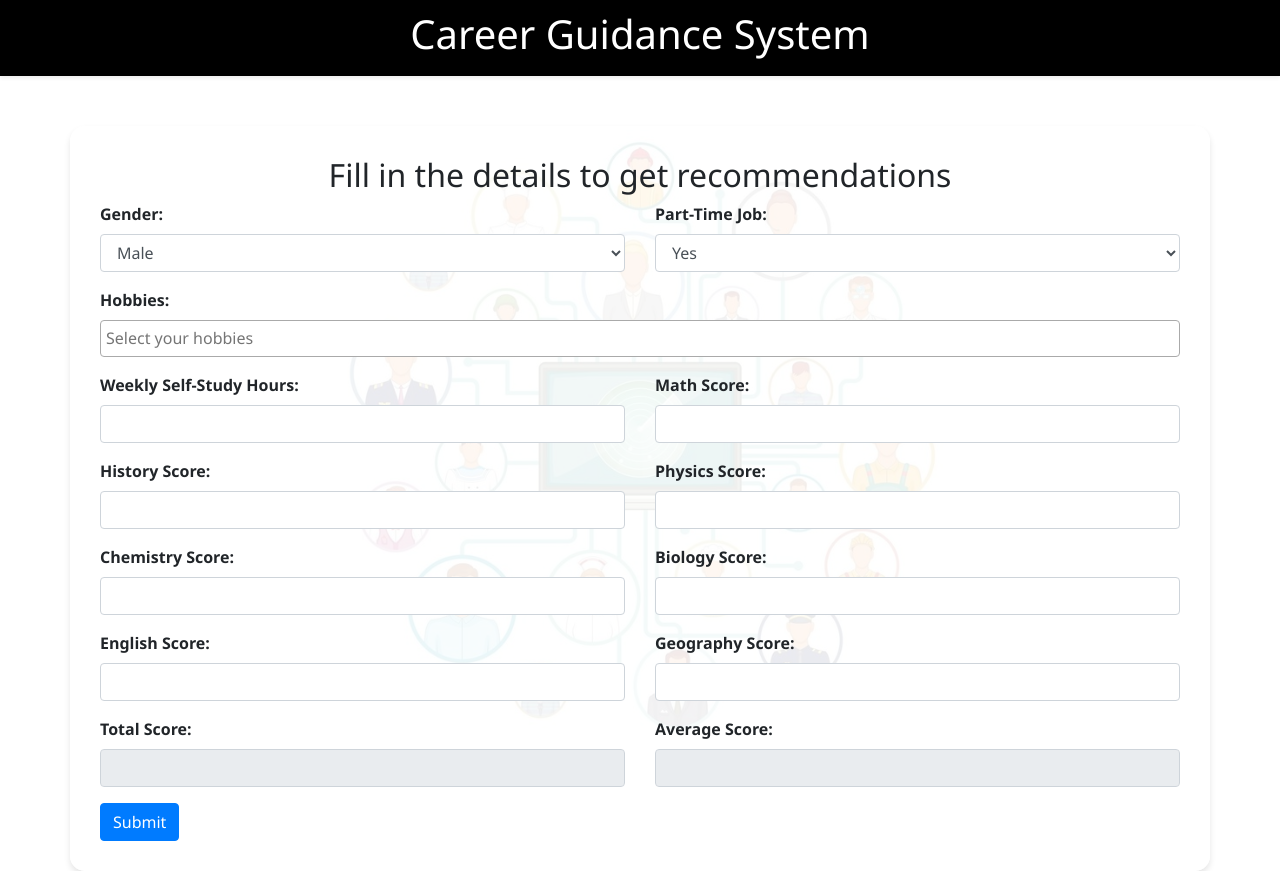
Repository: Srikeerthi05/Smart-career-guidance-system
Page: http://localhost/recommend
The author's editor kept a copy of each file at every save. The page is drawn from the files as they stood at one save, then again after the next save.
The browser window is 1280 px wide. The pictures show the whole page.
Backgrounds fixed to the window are drawn as part of the page. Some web libraries are served in a nearby version. The page is served by the project's application, run on Flask 3 (app.py).

Above is the page before, as saved 2025-06-06 20:48:53.

### templates/recommend.html

<!DOCTYPE html>
<html lang="en">
<head>
    <!-- Include jQuery -->
<script src="https://code.jquery.com/jquery-3.6.0.min.js"></script>

<!-- Include Select2 CSS & JS -->
<link href="https://cdn.jsdelivr.net/npm/select2@4.1.0-rc.0/dist/css/select2.min.css" rel="stylesheet" />
<script src="https://cdn.jsdelivr.net/npm/select2@4.1.0-rc.0/dist/js/select2.min.js"></script>

    <meta charset="UTF-8">
    <meta name="viewport" content="width=device-width, initial-scale=1.0">
    <title>Studies Recommendation</title>
    <link rel="stylesheet" href="https://maxcdn.bootstrapcdn.com/bootstrap/4.5.2/css/bootstrap.min.css">
    <style>
        body {
            background-image: url("{{ url_for('static', filename='images/bg2.jpg') }}");
            background-size: 50%;
            background-repeat: no-repeat;
            background-position: center;
            background-attachment: fixed;
            font-family: 'Segoe UI', Tahoma, Geneva, Verdana, sans-serif;


        }

        .container {
            margin-top: 50px;
            border-radius: 15px;
            box-shadow: 0 4px 6px rgba(0, 0, 0, 0.1);
            padding: 30px;
            background-color: rgba(255, 255, 255, 0.9);
        }

        .form-group label {
            font-weight: bold;
        }
    </style>
    <script>
        function calculateScores() {
            var mathScore = parseFloat(document.getElementById("math_score").value);
            var historyScore = parseFloat(document.getElementById("history_score").value);
            var physicsScore = parseFloat(document.getElementById("physics_score").value);
            var chemistryScore = parseFloat(document.getElementById("chemistry_score").value);
            var biologyScore = parseFloat(document.getElementById("biology_score").value);
            var englishScore = parseFloat(document.getElementById("english_score").value);
            var geographyScore = parseFloat(document.getElementById("geography_score").value);

            var totalScore = mathScore + historyScore + physicsScore + chemistryScore + biologyScore + englishScore + geographyScore;
            var averageScore = totalScore / 7;

            document.getElementById("total_score").value = totalScore.toFixed(2);
            document.getElementById("average_score").value = averageScore.toFixed(2);
        }
    </script>
</head>
<body>
<div class="mynav shadow-sm" style="background:black; color:white;font-weight:bold; padding:10px;width:100%;">
        <h1 class="text-center">Career Guidance System</h1>
    </div>
<div class="container">
    <h2 class="text-center">Fill in the details to get recommendations</h2>
    <form method="post" action="/pred">
        <div class="row">
            <div class="col-md-6">
                <div class="form-group">
                    <label for="gender">Gender:</label>
                    <select class="form-control" id="gender" name="gender">
                        <option value="male">Male</option>
                        <option value="female">Female</option>
                    </select>
                </div>
            </div>
            <div class="col-md-6">
                <div class="form-group">
                    <label for="part_time_job">Part-Time Job:</label>
                    <select class="form-control" id="part_time_job" name="part_time_job">
                        <option value="true">Yes</option>
                        <option value="false">No</option>
                    </select>
                </div>
            </div>
        </div>
        <div class="row">

            <div class="col-md-12">
                <div class="form-group">
                    <label for="hobbies">Hobbies:</label>
                    <select class="form-control" id="hobbies" name="hobbies" multiple>
                         <option value="coding">Coding</option>
                        <option value="writing">Writing</option>
                        <option value="drawing">Drawing</option>
                        <option value="sports">Sports</option>
                        <option value="music">Music</option>
                        <option value="public_speaking">Public Speaking</option>
                        <option value="gaming">Gaming</option>
                        <option value="photography">Photography</option>
                    </select>
                </div>
            </div>
        </div>
        <div class="row">
            <div class="col-md-6">
                <div class="form-group">
                    <label for="weekly_self_study_hours">Weekly Self-Study Hours:</label>
                    <input type="number" class="form-control" id="weekly_self_study_hours" name="weekly_self_study_hours">
                </div>
            </div>
            <div class="col-md-6">
                <div class="form-group">
                    <label for="math_score">Math Score:</label>
                    <input type="number" class="form-control" id="math_score" name="math_score" onchange="calculateScores()">
                </div>
            </div>
        </div>
        <div class="row">
            <div class="col-md-6">
                <div class="form-group">
                    <label for="history_score">History Score:</label>
                    <input type="number" class="form-control" id="history_score" name="history_score" onchange="calculateScores()">
                </div>
            </div>
            <div class="col-md-6">
                <div class="form-group">
                    <label for="physics_score">Physics Score:</label>
                    <input type="number" class="form-control" id="physics_score" name="physics_score" onchange="calculateScores()">
                </div>
            </div>
        </div>
        <div class="row">
            <div class="col-md-6">
                <div class="form-group">
                    <label for="chemistry_score">Chemistry Score:</label>
                    <input type="number" class="form-control" id="chemistry_score" name="chemistry_score" onchange="calculateScores()">
                </div>
            </div>
            <div class="col-md-6">
                <div class="form-group">
                    <label for="biology_score">Biology Score:</label>
                    <input type="number" class="form-control" id="biology_score" name="biology_score" onchange="calculateScores()">
                </div>
            </div>
        </div>
        <div class="row">
            <div class="col-md-6">
                <div class="form-group">
                    <label for="english_score">English Score:</label>
                    <input type="number" class="form-control" id="english_score" name="english_score" onchange="calculateScores()">
                </div>
            </div>
            <div class="col-md-6">
                <div class="form-group">
                    <label for="geography_score">Geography Score:</label>
                    <input type="number" class="form-control" id="geography_score" name="geography_score" onchange="calculateScores()">
                </div>
            </div>
        </div>
        <div class="row">
            <div class="col-md-6">
                <div class="form-group">
                    <label for="total_score">Total Score:</label>
                    <input type="number" class="form-control" id="total_score" name="total_score" readonly>
                </div>
            </div>
            <div class="col-md-6">
                <div class="form-group">
                    <label for="average_score">Average Score:</label>
                    <input type="number" step="0.000001" class="form-control" id="average_score" name="average_score" readonly>
                </div>
            </div>
        </div>
        <!-- Add more form fields here as needed -->

        <button type="submit" class="btn btn-primary">Submit</button>
    </form>
</div>
<script>
  $(document).ready(function() {
    $('#hobbies').select2({
      placeholder: "Select your hobbies",
      allowClear: true
    });
  });
</script>


</body>
</html>

### app.py
# pip install scikit-learn==1.3.2
# pip install numpy
# pip install flask


# load packages==============================================================
from flask import Flask, render_template, request
import pickle
import numpy as np

app = Flask(__name__)

# Load the scaler, label encoder, model, and class names=====================
scaler = pickle.load(open("scaler.pkl", 'rb'))
model = pickle.load(open("model.pkl", 'rb'))
class_names = ['Lawyer', 'Doctor', 'Government Officer', 'Artist',
               'Software Engineer', 'Teacher', 'Business Owner', 'Scientist',
               'Banker', 'Writer', 'Accountant', 'Designer',
               'Construction Engineer', 'Game Developer', 'Stock Investor',
               'Real Estate Developer']

# Profession details: image and description
profession_details = {
    'Lawyer': {
        'img': 'lawyer.jpg',
        'desc': 'Helps people with legal issues, represents clients in court.'
    },
    'Doctor': {
        'img': 'doctor.jpg',
        'desc': 'Treats illnesses, helps people stay healthy and live longer.'
    },
    'Government Officer': {
        'img': 'governmentofficer.jpg',
        'desc': 'Works for the public sector, manages departments or policies.'
    },
    'Artist': {
        'img': 'artist.jpg',
        'desc': 'Creates visual or performing art to express creativity.'
    },
    'Software Engineer': {
        'img': 'softwareengineer.jpg',
        'desc': 'Builds apps, websites, and systems using code.'
    },
    'Teacher': {
        'img': 'teacher.jpg',
        'desc': 'Educates students and shapes future generations.'
    },
    'Business Owner': {
        'img': 'businessowner.jpg',
        'desc': 'Runs and manages a business or startup.'
    },
    'Scientist': {
        'img': 'scientist.jpg',
        'desc': 'Explores and discovers new things through experiments.'
    },
    'Banker': {
        'img': 'banker.jpg',
        'desc': 'Manages money, loans, and financial services.'
    },
    'Writer': {
        'img': 'writer.jpg',
        'desc': 'Creates stories, articles, and content that inspire.'
    },
    'Accountant': {
        'img': 'accountant.jpg',
        'desc': 'Handles finances, taxes, and keeps records accurate.'
    },
    'Designer': {
        'img': 'designer.jpg',
        'desc': 'Creates visuals and layouts for products or media.'
    },
    'Construction Engineer': {
        'img': 'construct engineer.jpg',
        'desc': 'Plans and supervises building structures and infrastructure.'
    },
    'Game Developer': {
        'img': 'gamedeveloper.png',
        'desc': 'Designs and codes exciting video games.'
    },
    'Stock Investor': {
        'img': 'stockinvestor.jpg',
        'desc': 'Buys and sells stocks to grow wealth over time.'
    },
    'Real Estate Developer': {
        'img': 'realestatedeveloper.jpg',
        'desc': 'Builds and sells properties for living or business.'
    }
}





# Recommendations ===========================================================
def Recommendations(gender, part_time_job,hobbies,
                    weekly_self_study_hours, math_score, history_score, physics_score,
                    chemistry_score, biology_score, english_score, geography_score,
                    total_score, average_score):
    # Encode categorical variables
    gender_encoded = 1 if gender.lower() == 'female' else 0
    part_time_job_encoded = 1 if part_time_job else 0
    hobbies_encoded = 1 if hobbies else 0

    absence_days = 0
    extracurricular_activities = 0
    # Create feature array
    feature_array = np.array([gender_encoded, part_time_job_encoded,hobbies_encoded,
                               weekly_self_study_hours, math_score, history_score, physics_score,
                               chemistry_score, biology_score, english_score, geography_score, total_score,
                               average_score])

    # Scale features
    scaled_features = scaler.transform(feature_array.reshape(1,-1))

    # Predict using the model
    probabilities = model.predict_proba(scaled_features)

    # Get top five predicted classes along with their probabilities
    top_classes_idx = np.argsort(-probabilities[0])[:3]
    top_classes_names_probs = []
    for idx in top_classes_idx:
        name = class_names[idx]
        prob = probabilities[0][idx]
        detail = profession_details.get(name, {"img": "default.png", "desc": "No description available."})

        top_classes_names_probs.append({
            "name": name,
            "prob": prob,
            "img": detail["img"],
            "desc": detail["desc"]
        })

    return top_classes_names_probs



@app.route('/')
def home():
    return render_template('home.html')

@app.route('/recommend')
def recommend():
    return render_template('recommend.html')

@app.route('/pred', methods=['POST','GET'])
@app.route('/pred', methods=['POST', 'GET'])
def pred():
    if request.method == 'POST':
        try:
            gender = request.form['gender']
            part_time_job = request.form['part_time_job'].lower() == 'true'
            hobbies = request.form.getlist('hobbies')
            hobbies_flag = bool(hobbies)

            # Convert scores safely
            weekly_self_study_hours = int(request.form['weekly_self_study_hours'])
            math_score = int(request.form['math_score'])
            history_score = int(request.form['history_score'])
            physics_score = int(request.form['physics_score'])
            chemistry_score = int(request.form['chemistry_score'])
            biology_score = int(request.form['biology_score'])
            english_score = int(request.form['english_score'])
            geography_score = int(request.form['geography_score'])
            total_score = float(request.form['total_score'])
            average_score = float(request.form['average_score'])

            # Call the recommendation function
            recommendations = Recommendations(
                gender, part_time_job, hobbies_flag,
                weekly_self_study_hours, math_score, history_score, physics_score,
                chemistry_score, biology_score, english_score, geography_score,
                total_score, average_score
            )

            return render_template('results.html', recommendations=recommendations)

        except Exception as e:
            print("Error:", e)  # This will help you debug
            return render_template('error.html', message=str(e))  # optional error page

    return render_template('home.html')



if __name__ == '__main__':
    app.run(debug=True)

After the next save:
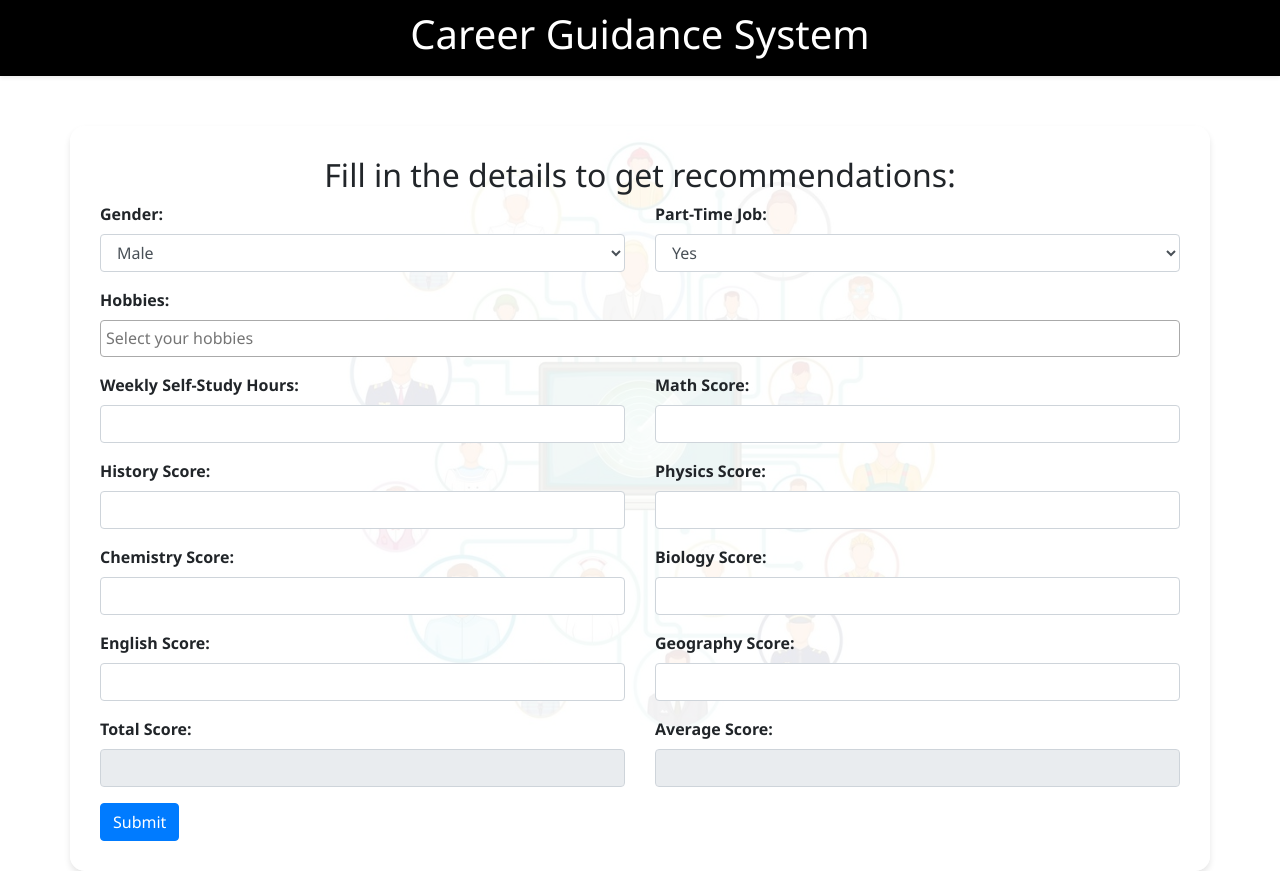
Saved 14 s later.
--- a/templates/recommend.html
+++ b/templates/recommend.html
@@ -60,7 +60,7 @@
         <h1 class="text-center">Career Guidance System</h1>
     </div>
 <div class="container">
-    <h2 class="text-center">Fill in the details to get recommendations</h2>
+    <h2 class="text-center">Fill in the details to get recommendations:</h2>
     <form method="post" action="/pred">
         <div class="row">
             <div class="col-md-6">
